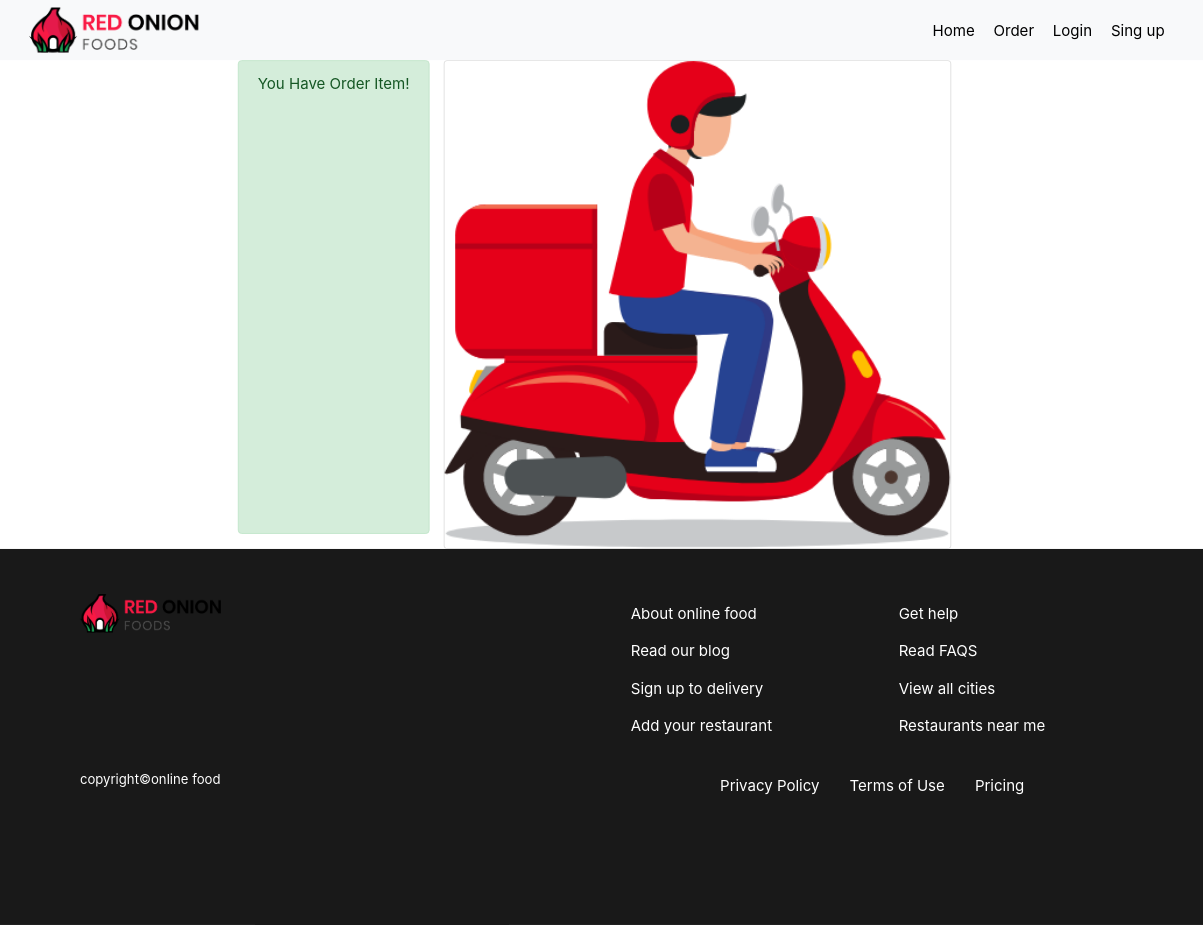
Repository: arif286/red-onion-client
Page: /order
The author's editor kept a copy of each file at every save. The page is drawn from the files as they stood at one save, then again after the next save.
The browser window is 1280 px wide. The pictures show the whole page, at 94% of full size.
The page's requests for data from a server got no answer. The project was rebuilt for these pictures with package versions that can differ from the ones it lists, and the page was loaded fresh each time. No one was signed in, and anything a server would have sent is missing. Also part of the build but not shown: src/App.css, src/components/CheckOut/CheckOut.css, src/components/CheckOut/CheckOutForm/CheckOutFrom.js, src/components/CheckOut/CheckOut.js, src/components/SearchBar/SearchBar.css, src/components/SearchBar/SearchBar.js, src/components/FoodDetails/FoodDetail.css, src/components/FoodDetails/FoodDetail.js and 12 more. Imported but missing from the stored project, and not drawn on this page: src/components/CheckOut/Map/Map.

Above is the page before, as saved 2021-04-06 04:10:31.

### public/index.html
<!DOCTYPE html>
<html lang="en">
  <head>
    <meta charset="utf-8" />
    <link rel="icon" href="%PUBLIC_URL%/favicon.ico" />
    <meta name="viewport" content="width=device-width, initial-scale=1" />
    <meta name="theme-color" content="#000000" />
    <meta
      name="description"
      content="Web site created using create-react-app"
    />
    <link rel="apple-touch-icon" href="%PUBLIC_URL%/logo192.png" />
    <!--
      manifest.json provides metadata used when your web app is installed on a
      user's mobile device or desktop. See https://developers.google.com/web/fundamentals/web-app-manifest/
    -->
    <link rel="manifest" href="%PUBLIC_URL%/manifest.json" />

    <!-- <link
      href="https://api.tiles.mapbox.com/mapbox-gl-js/v2.1.1/mapbox-gl.css"
      rel="stylesheet"
    /> -->
    <!--
      Notice the use of %PUBLIC_URL% in the tags above.
      It will be replaced with the URL of the `public` folder during the build.
      Only files inside the `public` folder can be referenced from the HTML.

      Unlike "/favicon.ico" or "favicon.ico", "%PUBLIC_URL%/favicon.ico" will
      work correctly both with client-side routing and a non-root public URL.
      Learn how to configure a non-root public URL by running `npm run build`.
    -->
    <title>Red Onion</title>
  </head>
  <body>
    <noscript>You need to enable JavaScript to run this app.</noscript>
    <div id="root"></div>
    <!--
      This HTML file is a template.
      If you open it directly in the browser, you will see an empty page.

      You can add webfonts, meta tags, or analytics to this file.
      The build step will place the bundled scripts into the <body> tag.

      To begin the development, run `npm start` or `yarn start`.
      To create a production bundle, use `npm run build` or `yarn build`.
    -->
  </body>
</html>

### src/App.js
import "bootstrap/dist/css/bootstrap.min.css";
import React, { createContext, useState } from "react";
import { BrowserRouter as Router, Route, Switch } from "react-router-dom";
import './App.css';
import CheckOut from "./components/CheckOut/CheckOut";
import Map from "./components/CheckOut/Map/Map";
import FoodDetail from "./components/FoodDetails/FoodDetail";
import Footer from "./components/Footer/Footer";
import Header from "./components/Header/Header";
import Home from './components/Home/Home';
import Login from "./components/LogIn/Login";
import Order from "./components/Order/Order";
import SingUp from "./components/SingUp/SingUp";


export const UserContext = createContext();
function App() {
  const [loggedInUser, setLoggedInUser] = useState({});
  return (
    <UserContext.Provider value={[loggedInUser, setLoggedInUser]}>
      <Router>
        <Header />
        <Switch>
          <Route path="/home">
            <Home />
          </Route>
          <Route path="/signUp">
            <SingUp />
          </Route>
          <Route path="/login">
            <Login />
          </Route>
          <Route path="/food/details/:foodId">
            <FoodDetail />
          </Route>
          <Route path='/checkOut'>
            <CheckOut/>
          </Route>
          <Route path='/order'>
            <Order/>
          </Route>
          <Route path='/map'>
            <Map/>
          </Route>
          <Route exact path="/">
            <Home/>
          </Route>
        </Switch>
        <Footer />
      </Router>
    </UserContext.Provider>
  );

}

export default App;

### src/components/Footer/Footer.js
import React from 'react';
import { NavLink } from 'react-bootstrap';
import Logo from '../../onion-restaurent/logo2.png';
import './Footer.css';

const Footer = () => {
    return (
      <footer>
        <div className="container">
          <div className="row pt-5">
            <div className="col-md-6 col-sm-12 pb-4">
              <img className="footer-img" src={Logo} alt="" />
            </div>
            <div className="col-md-3 col-sm-12 pb-4">
              <ul className="nav flex-column">
                <li className="nav-item">
                  <NavLink
                    className="nav-link active footer-link"
                    aria-current="page"
                    to="/"
                  >
                    About online food
                  </NavLink>
                </li>
                <li className="nav-item">
                  <NavLink className="nav-link footer-link" to="/">
                    Read our blog
                  </NavLink>
                </li>
                <li className="nav-item">
                  <NavLink className="nav-link footer-link" to="/">
                    Sign up to delivery
                  </NavLink>
                </li>
                <li className="nav-item">
                  <NavLink className="nav-link footer-link" to="/">
                    Add your restaurant
                  </NavLink>
                </li>
              </ul>
            </div>
            <div className="col-md-3 col-sm-12 pb-4">
              <ul className="nav flex-column">
                <li className="nav-item">
                  <NavLink
                    className="nav-link footer-link"
                    aria-current="page"
                    to="/"
                  >
                    Get help
                  </NavLink>
                </li>
                <li className="nav-item">
                  <NavLink className="nav-link footer-link" to="/">
                    Read FAQS
                  </NavLink>
                </li>
                <li className="nav-item">
                  <NavLink className="nav-link footer-link" to="/">
                    View all cities
                  </NavLink>
                </li>
                <li className="nav-item">
                  <NavLink className="nav-link footer-link" to="/">
                    Restaurants near me
                  </NavLink>
                </li>
              </ul>
            </div>
          </div>

          <div className="row">
            <div className="col-md-7">
              <p className='copy-right'>
                <small>
                  copyright<span>&#169;</span>online food
                </small>
              </p>
            </div>
            <div className="col-md-5">
              <div className='d-flex'>
                <NavLink className="footer-link">Privacy Policy</NavLink>
                <NavLink className="footer-link">Terms of Use</NavLink>
                <NavLink className="footer-link">Pricing</NavLink>
              </div>
            </div>
          </div>
        </div>
      </footer>
    );
};

export default Footer;

### src/components/Header/Header.js
import { faShoppingCart } from "@fortawesome/free-solid-svg-icons";
import { FontAwesomeIcon } from "@fortawesome/react-fontawesome";
import React from 'react';
import { NavLink } from "react-router-dom";
import logo from '../../onion-restaurent/logo2.png';
import './Header.css';
const cart = <FontAwesomeIcon icon={faShoppingCart} />;
const Header = () => {
    const header = {
        logo : {width: '180px'}
    }
    return (
      <div>
        <nav className="navbar navbar-expand-lg navbar-light bg-light">
          <div className="container-fluid">
            <div>
              <img style={header.logo} src={logo} alt="" />
            </div>
            <button
              className="navbar-toggler"
              type="button"
              data-bs-toggle="collapse"
              data-bs-target="#navbarNav"
              aria-controls="navbarNav"
              aria-expanded="false"
              aria-label="Toggle navigation"
            >
              <span className="navbar-toggler-icon"></span>
            </button>
            <div
              className="collapse  navbar-collapse justify-content-end"
              id="navbarNav"
            >
              <ul className="navbar-nav align-items-center">
                <li className="nav-item">
                  <NavLink className="header-link" to="/">
                    Home
                  </NavLink>
                </li>
                <li className="nav-item">
                  <NavLink className="header-link" to="/order">
                    Order
                  </NavLink>
                </li>
                <li className="nav-item">
                  <NavLink className="header-link" to="/login">
                    Login
                  </NavLink>
                </li>
                <li className="nav-item">
                  <NavLink className="header-link" to="/signUp">
                    Sing up
                  </NavLink>
                </li>
              </ul>
            </div>
          </div>
        </nav>
      </div>
    );
};

export default Header;

### src/components/Order/Order.js
import axios from "axios";
import React, { useContext, useEffect, useState } from "react";
import { Alert, Card, Col, Container, Row } from "react-bootstrap";
import { UserContext } from "../../App";
import delivery from "../../onion-restaurent/Image/Group 1151.png";


const Order = () => {
  const [order, setOrder] = useState([]);
  const [loggedInUser, setLoggedInUser] = useContext(UserContext);

  useEffect(() => {
    axios.get(`http://localhost:5000/orderDetails?email=${loggedInUser.email}`)
      .then(res => {
        console.log(res.data)
        setOrder(res.data)
      })
      .catch(err => console.log(err));
  }, [loggedInUser.email]);
  const {address, date, foodName, picture, name, totalPrice} = order;
  return (
    <Container>
      <Row className="justify-content-center">
        <Alert variant="success">You Have Order Item!</Alert>
        <Col xs={6}>
          <Card>
            <img src={delivery} alt="" />
          </Card>
        </Col>
        <Col xs={6}>
          <Row>
            {order.map((item) => (
              <Col md={6}>
                <Card>
                  <img src={item.picture} alt="" />
                  <Card.Body>
                    <Card.Title>{item.foodName}</Card.Title>
                    <Card.Text>price: ${item.quantity}</Card.Text>
                    <Card.Text>price: ${item.totalPrice}</Card.Text>
                  </Card.Body>
                </Card>
              </Col>
            ))}
          </Row>
        </Col>
      </Row>
    </Container>
  );
};

export default Order;

### src/components/Footer/Footer.css
.footer-img {
  width: 150px;
}
footer {
  background-color: #191919;
  height: 400px;
}
.footer-link {
  color: white;
}
.footer-link:hover {
  color: #878787;
}
.copy-right {
  color: white;
}

### src/components/Header/Header.css
.header-link {
  color: black;
  display: inline-block;
  padding: 10px;
}
.header-link:hover {
  text-decoration: none;
  color: #777777;
}
.cart-btn {
  border: none;
  background: none;
}

Loaded but not shown: src/index.js (common file); src/index.css (common file); src/reportWebVitals.js (common file)

After the next save:
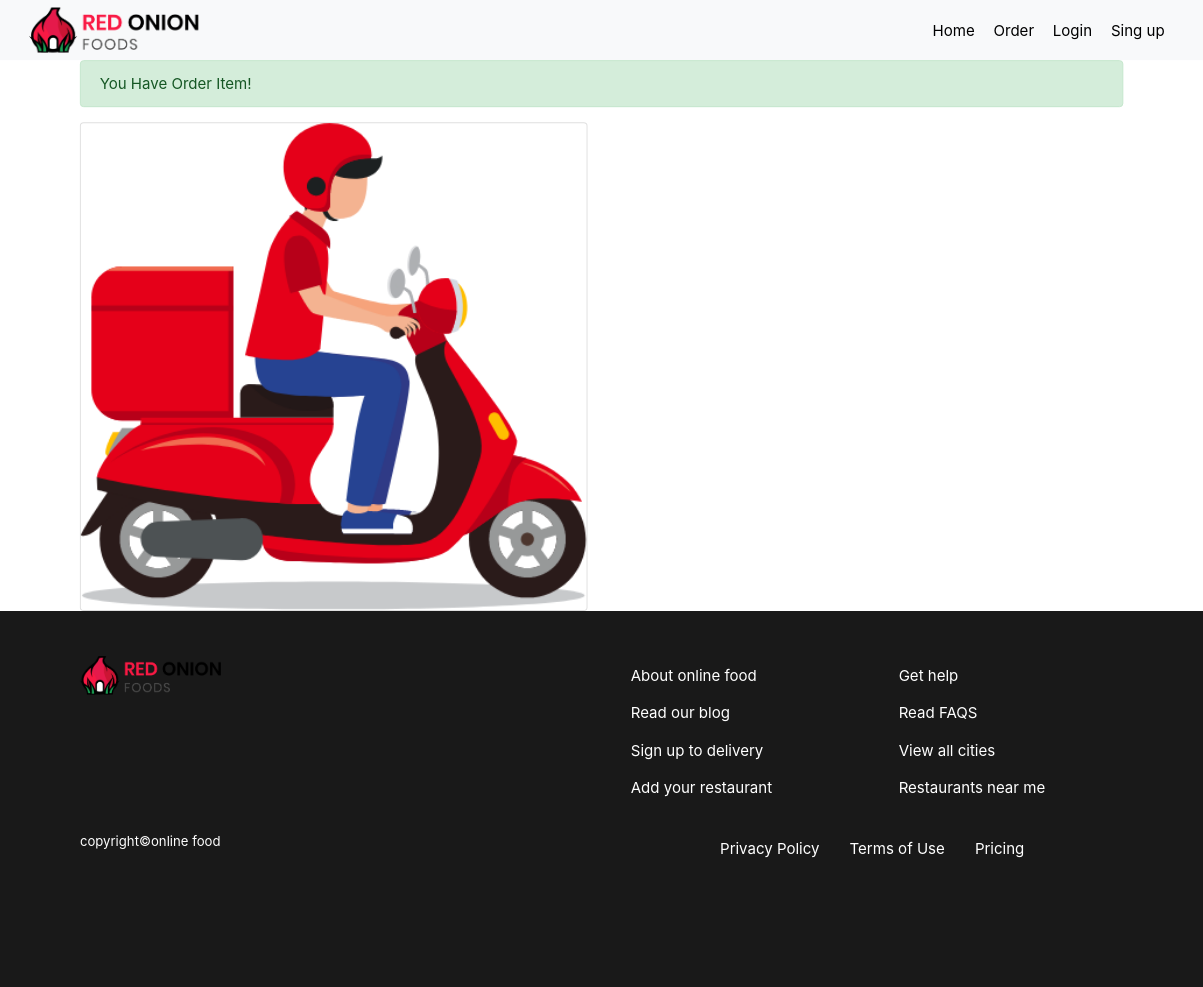
Saved 28 s later.
--- a/src/components/Order/Order.js
+++ b/src/components/Order/Order.js
@@ -20,8 +20,8 @@ const Order = () => {
   const {address, date, foodName, picture, name, totalPrice} = order;
   return (
     <Container>
+      <Alert variant="success">You Have Order Item!</Alert>
       <Row className="justify-content-center">
-        <Alert variant="success">You Have Order Item!</Alert>
         <Col xs={6}>
           <Card>
             <img src={delivery} alt="" />
